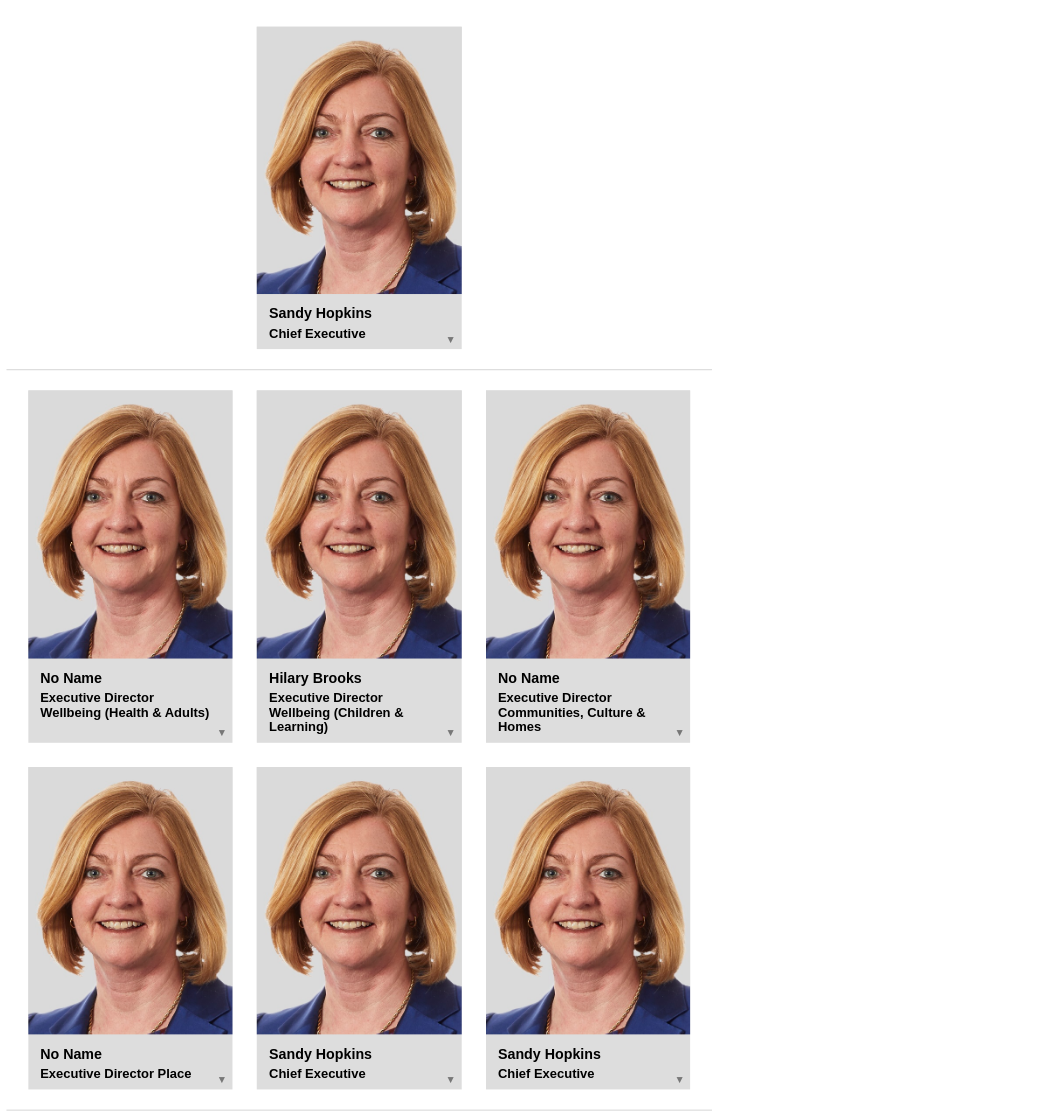
Repository: DigitalExperienceTeam/management
Page: index.html
The author's editor kept a record of every edit. The page is drawn from the files as they stood at one moment, then again after the next edit.
The browser window is 1280 px wide. The pictures show the whole page, at 81% of full size.

Above is the page before.

### index.html
<!DOCTYPE html>
<html lang="en">

<head>
    <meta charset="UTF-8">
    <meta name="viewport" content="width=device-width, initial-scale=1.0">
    <meta http-equiv="X-UA-Compatible" content="ie=edge">
    <script src="https://ajax.googleapis.com/ajax/libs/jquery/3.4.1/jquery.min.js"></script>

    <script type="text/javascript" src="profiles.js"></script>

    <link rel="stylesheet" href="style.css" type="text/css" />
    <title>Document</title>
</head>

<body>
    <div class="profiles-wrapper">
        <div class="profile lighter">
               <img class="profile-pic" src="sandy.jpg">
            <div class="details">
                <p class="name">Sandy Hopkins</p>
                <p class="title">Chief Executive<span class="more">&#9660;</span></p>
            </div>
            <div class="bio">
                <p>Lorem ipsum dolor sit amet, consectetur adipiscing elit. Nunc quis feugiat magna, non vehicula purus. Sed quis enim et dolor tempor aliquet. Proin a tincidunt ligula, nec rhoncus risus. Aliquam ut magna ac nisl dapibus lobortis ut molestie eros. Maecenas ornare quam vel accumsan congue. Curabitur mattis, odio non rhoncus tempor, diam elit convallis lacus, quis feugiat est lectus sit amet mi. Donec at ex in turpis luctus blandit sit amet eu eros. Nullam a libero turpis. Nullam mattis id est ut suscipit. Donec hendrerit turpis sed ligula hendrerit commodo.</p>
<p>Cras sed vulputate libero. Nam rhoncus quam turpis, vitae eleifend velit ornare a. Donec sollicitudin leo id nunc faucibus, imperdiet porttitor ex dictum. Nam condimentum nibh porta ligula molestie rhoncus. Sed pellentesque lacinia nisi ut finibus. Fusce facilisis scelerisque facilisis. Sed consequat quam nec lectus faucibus lacinia.</p>
<div class="less">&#9650;</div>
            </div>
        </div>

    </div>


    <div class="profiles-wrapper">
         <div class="profile lighter">
            <img class="profile-pic" src="sandy.jpg">
            <div class="details">
                <p class="name">No Name</p>
                <p class="title">Executive Director Wellbeing (Health & Adults)<span class="more">&#9660;</span></p>
            </div>
            <div class="bio">
                <p>Lorem ipsum dolor sit amet, consectetur adipiscing elit. Nunc quis feugiat magna, non vehicula purus. Sed quis enim et dolor tempor aliquet. Proin a tincidunt ligula, nec rhoncus risus. Aliquam ut magna ac nisl dapibus lobortis ut molestie eros. Maecenas ornare quam vel accumsan congue. Curabitur mattis, odio non rhoncus tempor, diam elit convallis lacus, quis feugiat est lectus sit amet mi. Donec at ex in turpis luctus blandit sit amet eu eros. Nullam a libero turpis. Nullam mattis id est ut suscipit. Donec hendrerit turpis sed ligula hendrerit commodo.</p>
<p>Cras sed vulputate libero. Nam rhoncus quam turpis, vitae eleifend velit ornare a. Donec sollicitudin leo id nunc faucibus, imperdiet porttitor ex dictum. Nam condimentum nibh porta ligula molestie rhoncus. Sed pellentesque lacinia nisi ut finibus. Fusce facilisis scelerisque facilisis. Sed consequat quam nec lectus faucibus lacinia.</p>
<div class="less">&#9650;</div>
            </div>
        </div>
            <div class="profile lighter">
               <img class="profile-pic" src="sandy.jpg">
            <div class="details">
                <p class="name">Hilary Brooks</p>
                <p class="title">Executive Director Wellbeing (Children & Learning)<span class="more">&#9660;</span></p>
            </div>
            <div class="bio">
                <p>Lorem ipsum dolor sit amet, consectetur adipiscing elit. Nunc quis feugiat magna, non vehicula purus. Sed quis enim et dolor tempor aliquet. Proin a tincidunt ligula, nec rhoncus risus. Aliquam ut magna ac nisl dapibus lobortis ut molestie eros. Maecenas ornare quam vel accumsan congue. Curabitur mattis, odio non rhoncus tempor, diam elit convallis lacus, quis feugiat est lectus sit amet mi. Donec at ex in turpis luctus blandit sit amet eu eros. Nullam a libero turpis. Nullam mattis id est ut suscipit. Donec hendrerit turpis sed ligula hendrerit commodo.</p>
<p>Cras sed vulputate libero. Nam rhoncus quam turpis, vitae eleifend velit ornare a. Donec sollicitudin leo id nunc faucibus, imperdiet porttitor ex dictum. Nam condimentum nibh porta ligula molestie rhoncus. Sed pellentesque lacinia nisi ut finibus. Fusce facilisis scelerisque facilisis. Sed consequat quam nec lectus faucibus lacinia.</p>
<div class="less">&#9650;</div>
            </div>
        </div>

          <div class="profile lighter">
               <img class="profile-pic" src="sandy.jpg">
            <div class="details">
                <p class="name">No Name</p>
                <p class="title">Executive Director Communities, Culture & Homes<span class="more">&#9660;</span></p>
            </div>
            <div class="bio">
                <p>Lorem ipsum dolor sit amet, consectetur adipiscing elit. Nunc quis feugiat magna, non vehicula purus. Sed quis enim et dolor tempor aliquet. Proin a tincidunt ligula, nec rhoncus risus. Aliquam ut magna ac nisl dapibus lobortis ut molestie eros. Maecenas ornare quam vel accumsan congue. Curabitur mattis, odio non rhoncus tempor, diam elit convallis lacus, quis feugiat est lectus sit amet mi. Donec at ex in turpis luctus blandit sit amet eu eros. Nullam a libero turpis. Nullam mattis id est ut suscipit. Donec hendrerit turpis sed ligula hendrerit commodo.</p>
<p>Cras sed vulputate libero. Nam rhoncus quam turpis, vitae eleifend velit ornare a. Donec sollicitudin leo id nunc faucibus, imperdiet porttitor ex dictum. Nam condimentum nibh porta ligula molestie rhoncus. Sed pellentesque lacinia nisi ut finibus. Fusce facilisis scelerisque facilisis. Sed consequat quam nec lectus faucibus lacinia.</p>
<div class="less">&#9650;</div>
            </div>
        </div>

          <div class="profile lighter">
            <img class="profile-pic" src="sandy.jpg">
            <div class="details">
                <p class="name">No Name</p>
                <p class="title">Executive Director Place<span class="more">&#9660;</span></p>
            </div>
            <div class="bio">
                <p>Lorem ipsum dolor sit amet, consectetur adipiscing elit. Nunc quis feugiat magna, non vehicula purus. Sed quis enim et dolor tempor aliquet. Proin a tincidunt ligula, nec rhoncus risus. Aliquam ut magna ac nisl dapibus lobortis ut molestie eros. Maecenas ornare quam vel accumsan congue. Curabitur mattis, odio non rhoncus tempor, diam elit convallis lacus, quis feugiat est lectus sit amet mi. Donec at ex in turpis luctus blandit sit amet eu eros. Nullam a libero turpis. Nullam mattis id est ut suscipit. Donec hendrerit turpis sed ligula hendrerit commodo.</p>
<p>Cras sed vulputate libero. Nam rhoncus quam turpis, vitae eleifend velit ornare a. Donec sollicitudin leo id nunc faucibus, imperdiet porttitor ex dictum. Nam condimentum nibh porta ligula molestie rhoncus. Sed pellentesque lacinia nisi ut finibus. Fusce facilisis scelerisque facilisis. Sed consequat quam nec lectus faucibus lacinia.</p>
<div class="less">&#9650;</div>
            </div>
        </div>

          <div class="profile lighter">
               <img class="profile-pic" src="sandy.jpg">
            <div class="details">
                <p class="name">Sandy Hopkins</p>
                <p class="title">Chief Executive<span class="more">&#9660;</span></p>
            </div>
            <div class="bio">
                <p>Lorem ipsum dolor sit amet, consectetur adipiscing elit. Nunc quis feugiat magna, non vehicula purus. Sed quis enim et dolor tempor aliquet. Proin a tincidunt ligula, nec rhoncus risus. Aliquam ut magna ac nisl dapibus lobortis ut molestie eros. Maecenas ornare quam vel accumsan congue. Curabitur mattis, odio non rhoncus tempor, diam elit convallis lacus, quis feugiat est lectus sit amet mi. Donec at ex in turpis luctus blandit sit amet eu eros. Nullam a libero turpis. Nullam mattis id est ut suscipit. Donec hendrerit turpis sed ligula hendrerit commodo.</p>
<p>Cras sed vulputate libero. Nam rhoncus quam turpis, vitae eleifend velit ornare a. Donec sollicitudin leo id nunc faucibus, imperdiet porttitor ex dictum. Nam condimentum nibh porta ligula molestie rhoncus. Sed pellentesque lacinia nisi ut finibus. Fusce facilisis scelerisque facilisis. Sed consequat quam nec lectus faucibus lacinia.</p>
<div class="less">&#9650;</div>
            </div>
        </div>

           <div class="profile lighter">
              <img class="profile-pic" src="sandy.jpg">
            <div class="details">
                <p class="name">Sandy Hopkins</p>
                <p class="title">Chief Executive<span class="more">&#9660;</span></p>
            </div>
            <div class="bio">
                <p>Lorem ipsum dolor sit amet, consectetur adipiscing elit. Nunc quis feugiat magna, non vehicula purus. Sed quis enim et dolor tempor aliquet. Proin a tincidunt ligula, nec rhoncus risus. Aliquam ut magna ac nisl dapibus lobortis ut molestie eros. Maecenas ornare quam vel accumsan congue. Curabitur mattis, odio non rhoncus tempor, diam elit convallis lacus, quis feugiat est lectus sit amet mi. Donec at ex in turpis luctus blandit sit amet eu eros. Nullam a libero turpis. Nullam mattis id est ut suscipit. Donec hendrerit turpis sed ligula hendrerit commodo.</p>
<p>Cras sed vulputate libero. Nam rhoncus quam turpis, vitae eleifend velit ornare a. Donec sollicitudin leo id nunc faucibus, imperdiet porttitor ex dictum. Nam condimentum nibh porta ligula molestie rhoncus. Sed pellentesque lacinia nisi ut finibus. Fusce facilisis scelerisque facilisis. Sed consequat quam nec lectus faucibus lacinia.</p>
<div class="less">&#9650;</div>
            </div>
        </div>





    </div>

</body>

</html>

### profiles.js
$(document).ready(function() {

    $(document).mouseup(function(e)
{
    var container = $(".profile");

    // if the target of the click isn't the container nor a descendant of the container
    if (!container.is(e.target) && container.has(e.target).length === 0)
    {
        $(".bio").slideUp(600);
        $(".profile-pic").removeClass("faded");
        $(".bio").removeClass("darker").addClass("lighter");
        $(".profile").removeClass("darker").addClass("lighter");


    }
});

    $(".profile").click(function() {

        if ( $(this).find(".profile-pic").hasClass("faded")){
            $(this).find(".profile-pic").removeClass("faded");
            $(".profile-pic").not($(this).children()).addClass("faded");

        }

      else {
            $(".profile-pic").not($(this).children()).toggleClass("faded");
      }

        $(this).find(".bio").slideToggle(600);

        $(this).find(".more").fadeToggle(600);

        $(".more").not($(this).children()).show();

        $(".bio").not($(this).children()).slideUp(600);



       $(this).toggleClass("lighter").toggleClass("darker");

      $(".profile").not($(this)).removeClass("darker").addClass("lighter");


       $(this).find(".bio").removeClass("lighter").addClass("darker");


       $(".bio").not($(this).children()).removeClass("darker").addClass("lighter");

    });





});

### style.css
body {
    max-width: 871px;
    font-family: "franklin-gothic-urw",sans-serif;
}

.profiles-wrapper {
    padding: 10px 0;
    display: flex;
    flex-wrap: wrap;
    border-bottom: 1px solid #ccc;
    justify-content: center;
    border-bottom: 1px solid #ccc;
}



.profile {
    box-sizing: border-box;
    width: 29%;
    margin: 15px;
    cursor: pointer;
    display: inline-block;
    vertical-align: top;
    position: relative;
}

.profile:hover {
    background: #ccc;
    transition: 0.4s all;
}


.faded {
    opacity:0.6;
}

.lighter {
    background: #ddd;
}

.darker {
    background: #ccc;
}


.details {
    padding: 5px 15px 10px 15px;
}

.profile img {
    max-width: 100%;
}

.name {
    font-weight: bold;
    font-size: 1.1em;
    margin: 5px 0 0 0;
}

.title {
    font-weight: bold;
     margin: 5px 0 0 0;
     padding-right: 10px;
}

.more {
    float: right;
    color: #777;
    font-family: "Arial Black", Gadget, sans-serif;
    position: absolute;
    right: 7px;
    bottom: 5px;
    font-size: 0.8em;
}

.bio {
    display: none;
    padding: 0 15px 10px 15px;
   position: absolute;
    z-index: 1000;
    font-size: 0.9em;
    box-shadow: 0 10px 10px -2px white;
}

.less {
    text-align: right;
    color: #777;
    font-family: "Arial Black", Gadget, sans-serif;
}

@media only screen and (max-width: 726px) {
 .profiles-wrapper {
    justify-content: flex-start;
}

.profile {
    width: 45%;
    margin: 10px;
}

.profiles-wrapper>.profile:nth-of-type(even) {
margin: 10px 0 10px 10px;
}

}

@media only screen and (max-width: 433px) {


.profile {
    width: 40%;
}

}

After the next edit:
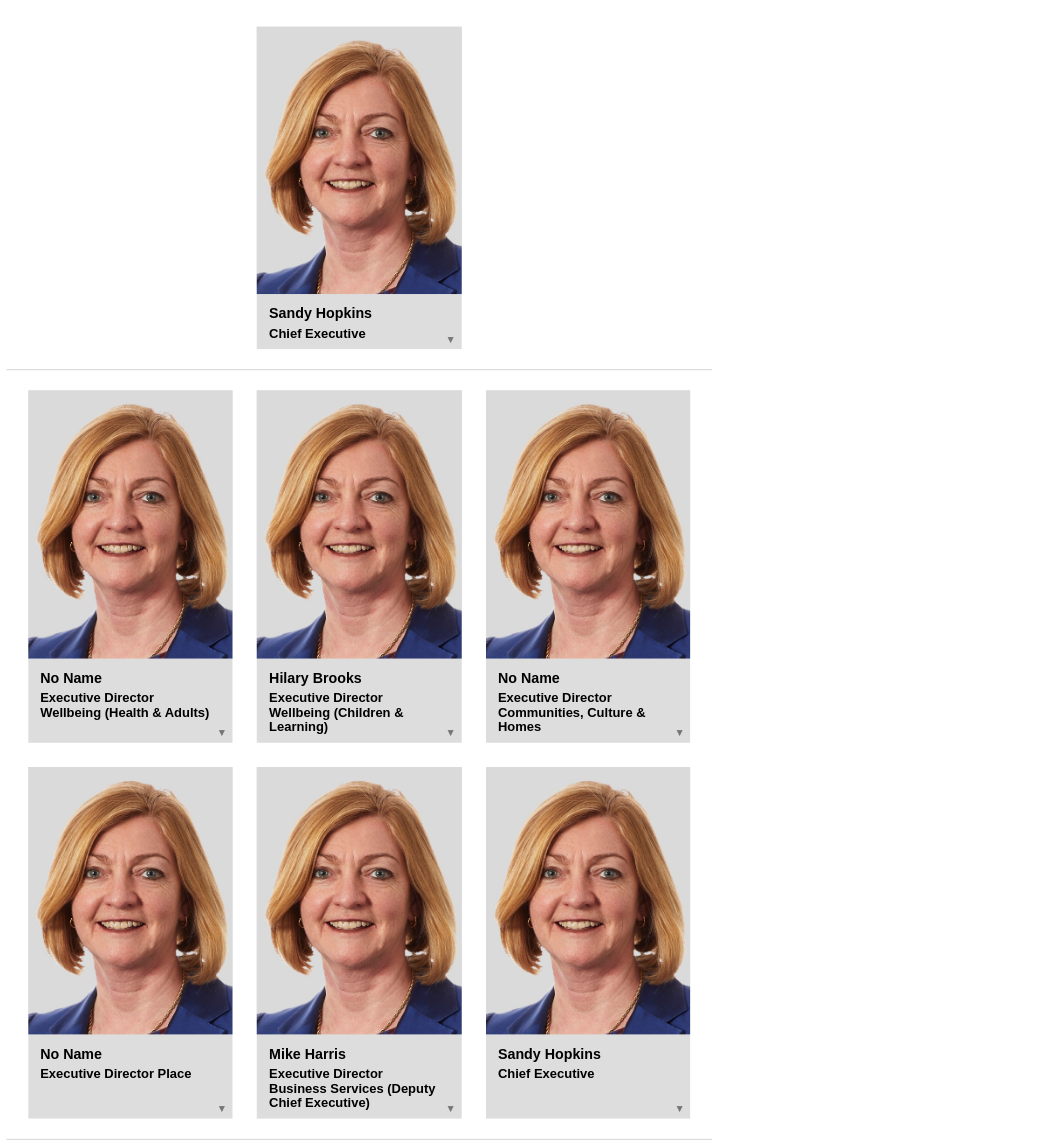
The edit:
--- a/index.html
+++ b/index.html
@@ -86,8 +86,8 @@
           <div class="profile lighter">
                <img class="profile-pic" src="sandy.jpg">
             <div class="details">
-                <p class="name">Sandy Hopkins</p>
-                <p class="title">Chief Executive<span class="more">&#9660;</span></p>
+                <p class="name">Mike Harris</p>
+                <p class="title">Executive Director Business Services (Deputy Chief Executive)<span class="more">&#9660;</span></p>
             </div>
             <div class="bio">
                 <p>Lorem ipsum dolor sit amet, consectetur adipiscing elit. Nunc quis feugiat magna, non vehicula purus. Sed quis enim et dolor tempor aliquet. Proin a tincidunt ligula, nec rhoncus risus. Aliquam ut magna ac nisl dapibus lobortis ut molestie eros. Maecenas ornare quam vel accumsan congue. Curabitur mattis, odio non rhoncus tempor, diam elit convallis lacus, quis feugiat est lectus sit amet mi. Donec at ex in turpis luctus blandit sit amet eu eros. Nullam a libero turpis. Nullam mattis id est ut suscipit. Donec hendrerit turpis sed ligula hendrerit commodo.</p>
